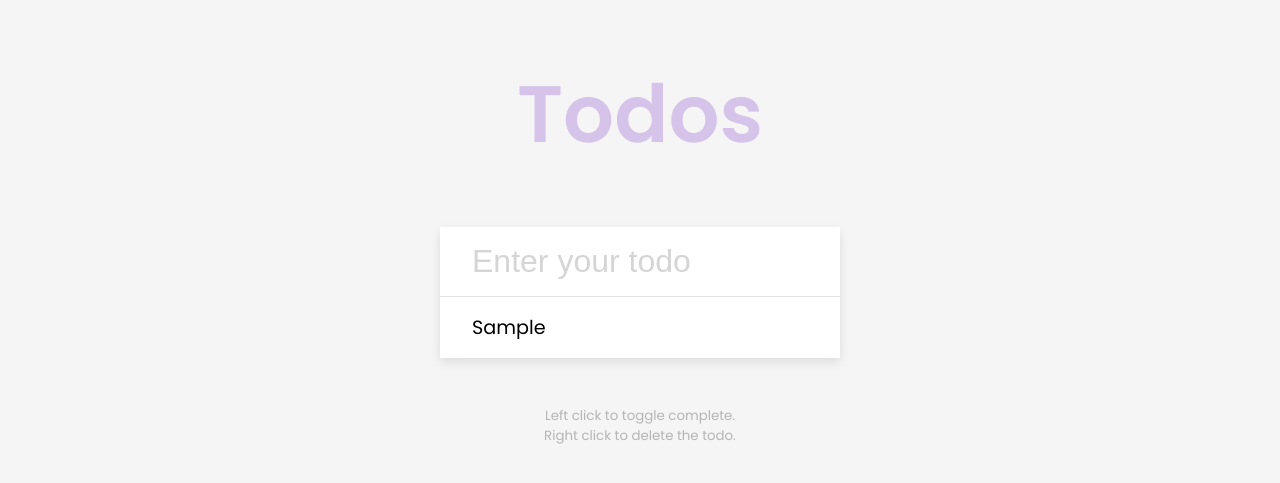
Repository: kate30980/projects-js-practice
Page: todo-app/index.html
The author's editor kept a copy of each file at every save. The page is drawn from the files as they stood at one save, then again after the next save.
The browser window is 1280 px wide. The pictures show the whole page.
Empty fields were first filled with sample values (such as "Sample", 5 or name@example.com).
After loading, the first visible `#form` was submitted once.

Above is the page before, as saved 2021-09-12 16:27:30.

### todo-app/index.html
<!DOCTYPE html>
<html lang="en">

<head>
    <meta charset="UTF-8" />
    <meta name="viewport" content="width=device-width, initial-scale=1.0" />
    <title>Todo App</title>
    <link rel="stylesheet" href="style.css" />
    <script src="script.js" defer></script>
</head>

<body>

    <h1>Todos</h1>
    <form id="form">
        <input type="text" id="input" class="input" placeholder="Enter your todo" autocomplete="off" />
        <ul class="todos" id="todos"></ul>
    </form>
    <small>Left click to toggle complete. <br> Right click to delete the todo.</small>
</body>

</html>

### todo-app/style.css
@import url("https://fonts.googleapis.com/css2?family=Poppins:wght@200;400;600&display=swap");

* {
    box-sizing: border-box;
}

body {
    background-color: #f5f5f5;
    font-family: "Poppins", sans-serif;
    margin: 0;
    display: flex;
    align-items: center;
    flex-direction: column;
    min-height: 100vh;
    color: black;
}
h1{
    text-align: center;
    color: rgb(170, 122, 218);
    font-size: 5rem;
    opacity: 0.4;
}
form{
    width: 400px;max-width: 100%;
    box-shadow: 0 4px 10px rgba(0, 0, 0, 0.1);

}
.input{
    border: none;
    display: block;
    width: 100%;padding:1rem 2rem;
    font-size: 2rem;
}
.input::placeholder{
    color: #d5d5d5;
    font-family: inherit;
}
.input:focus{
    outline: none;
}
.todos{
    background-color: #fff;
    padding: 0;margin: 0;
    list-style-type: none;
}
.todos li{
    font-size: 1.2rem;
    padding: 1rem 2rem;
    border-top: 1px solid #e5e5e5;
    cursor: pointer;
}

.todos li.completed{
    text-decoration: line-through;
    color: #b5b5b5;
}
small{
    color: #b5b5b5;
    margin-top: 3rem;
    text-align: center;
}

### todo-app/script.js
const form = document.getElementById("form");
const input = document.getElementById("input");
const todosUL = document.getElementById("todos");

const todos = JSON.parse(localStorage.getItem("todos"));
if (todos) {
  todos.forEach((todo) => {
    addTodo(todo);
  });
}

form.addEventListener("submit", (e) => {
  e.preventDefault();

  addTodo();
});

function addTodo(todo) {
  let todoText = input.value;

  if (todo) {
  } else {
    if (todoText) {
      const todoEl = document.createElement("li");
      todoEl.innerText = todoText;

      todoEl.addEventListener("click", () => {
        todoEl.classList.toggle("completed");
        updateLS();
      });

      todoEl.addEventListener("contextmenu", (e) => {
        e.preventDefault();

        todoEl.remove();
        updateLS();
      });

      todosUL.appendChild(todoEl);

      input.value = "";
      updateLS();
    }
  }
}

function updateLS() {
  const todosEl = document.querySelectorAll("li");
  const todos = [];
  todosEl.forEach((todoEl) => {
    todos.push({
      text: todoEl.innerText,
      completed: todoEl.classList.contains("completed"),
    });
  });
  localStorage.setItem("todos", JSON.stringify(todos));
}

After the next save:
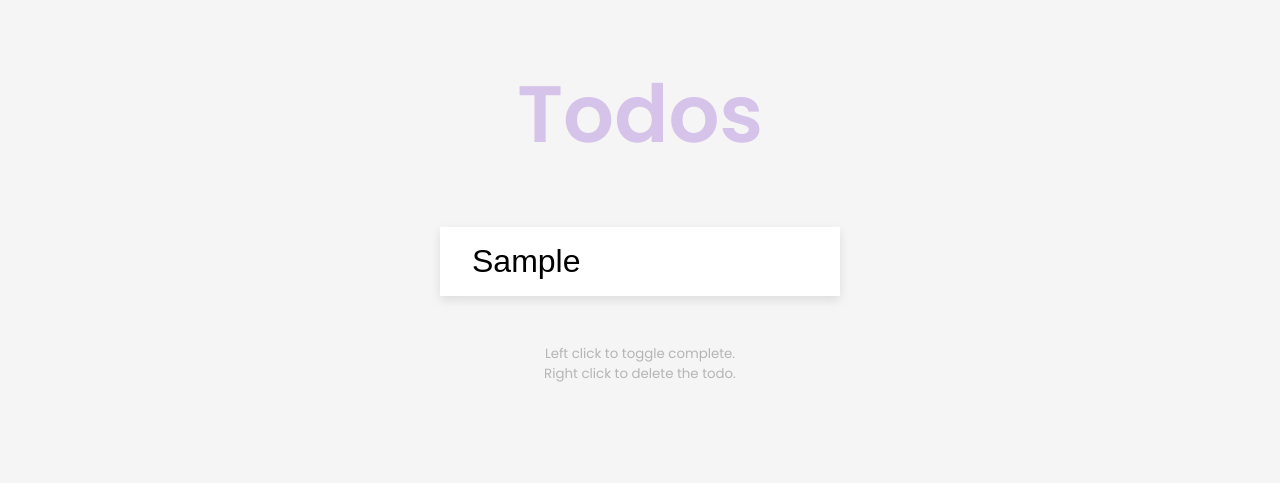
Saved 5 min 35 s later.
--- a/todo-app/script.js
+++ b/todo-app/script.js
@@ -19,9 +19,14 @@
   let todoText = input.value;
 
   if (todo) {
-  } else {
+    if (todoText) {
+      todoText = todo.text;
+    }
     if (todoText) {
       const todoEl = document.createElement("li");
+      if (todo.completed) {
+        todoEl.classList.add("completed");
+      }
       todoEl.innerText = todoText;
 
       todoEl.addEventListener("click", () => {

After the 3 saves that followed:
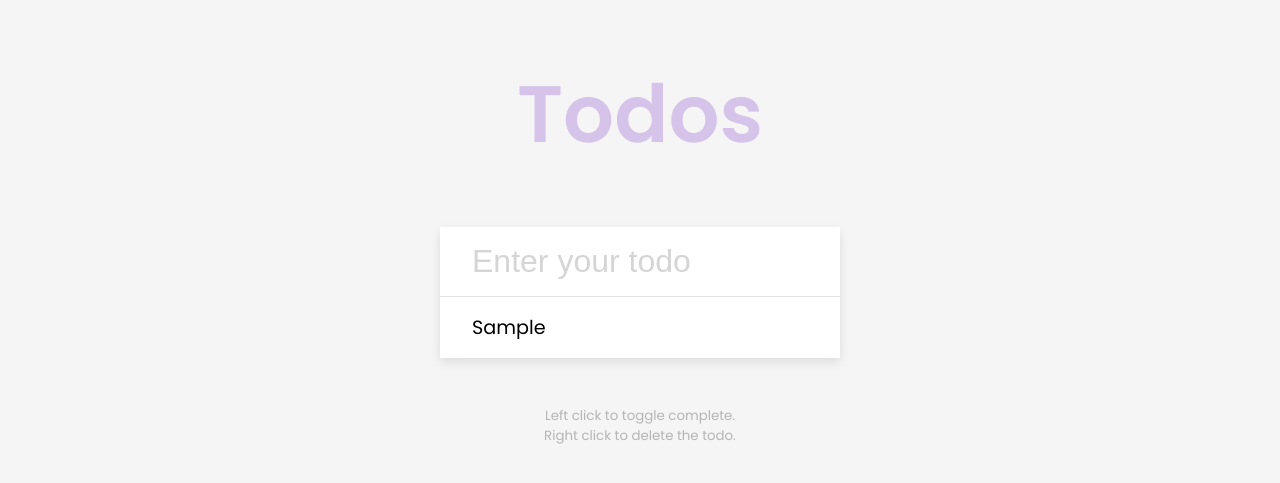
The 3 saves are shown as one change because 2 left the picture as it was.
The last was saved 91 s later.
--- a/todo-app/script.js
+++ b/todo-app/script.js
@@ -19,33 +19,31 @@
   let todoText = input.value;
 
   if (todo) {
-    if (todoText) {
-      todoText = todo.text;
+    todoText = todo.text;
+  }
+  if (todoText) {
+    const todoEl = document.createElement("li");
+    if (todo && todo.completed) {
+      todoEl.classList.add("completed");
     }
-    if (todoText) {
-      const todoEl = document.createElement("li");
-      if (todo.completed) {
-        todoEl.classList.add("completed");
-      }
-      todoEl.innerText = todoText;
+    todoEl.innerText = todoText;
 
-      todoEl.addEventListener("click", () => {
-        todoEl.classList.toggle("completed");
-        updateLS();
-      });
+    todoEl.addEventListener("click", () => {
+      todoEl.classList.toggle("completed");
+      updateLS();
+    });
 
-      todoEl.addEventListener("contextmenu", (e) => {
-        e.preventDefault();
+    todoEl.addEventListener("contextmenu", (e) => {
+      e.preventDefault();
 
-        todoEl.remove();
-        updateLS();
-      });
+      todoEl.remove();
+      updateLS();
+    });
 
-      todosUL.appendChild(todoEl);
+    todosUL.appendChild(todoEl);
 
-      input.value = "";
-      updateLS();
-    }
+    input.value = "";
+    updateLS();
   }
 }
 
